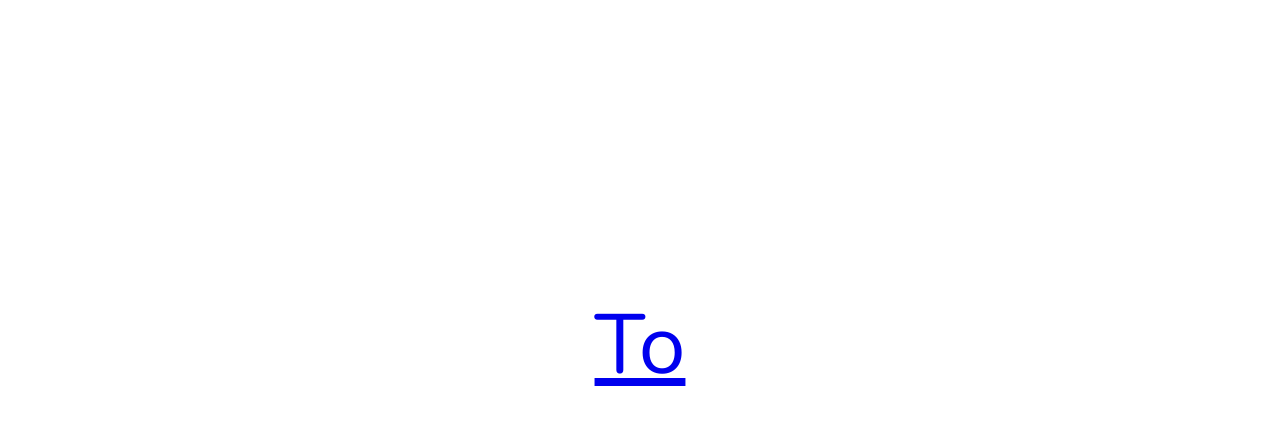
Repository: Azariagmt/laravel-to-do-app
Page: http://localhost/
The author's editor kept a copy of each file at every save. The page is drawn from the files as they stood at one save, then again after the next save.
The browser window is 1280 px wide. The pictures show the whole page.
The page is served by the project's Laravel application, run on PHP 8.4 with Laravel 8.

Above is the page before, as saved 2020-04-27 15:32:36.

After the next save:
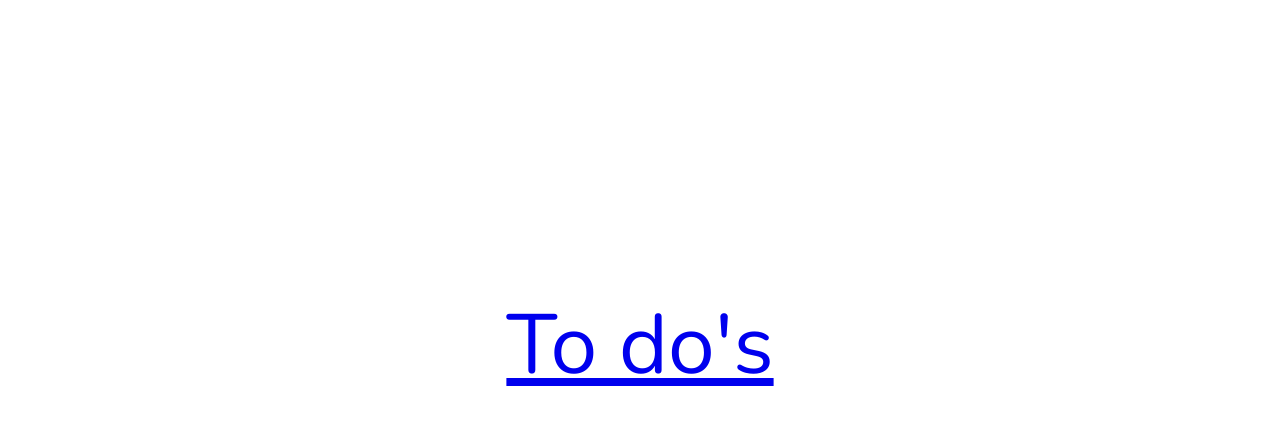
Saved 5 s later.
--- a/resources/views/welcome.blade.php
+++ b/resources/views/welcome.blade.php
@@ -81,7 +81,7 @@
 
             <div class="content">
                 <div class="title m-b-md">
-                  <a href="{{route('todos')}}">To</a>
+                  <a href="{{route('todos')}}">To do's</a>
                 </div>
 
             </div>
